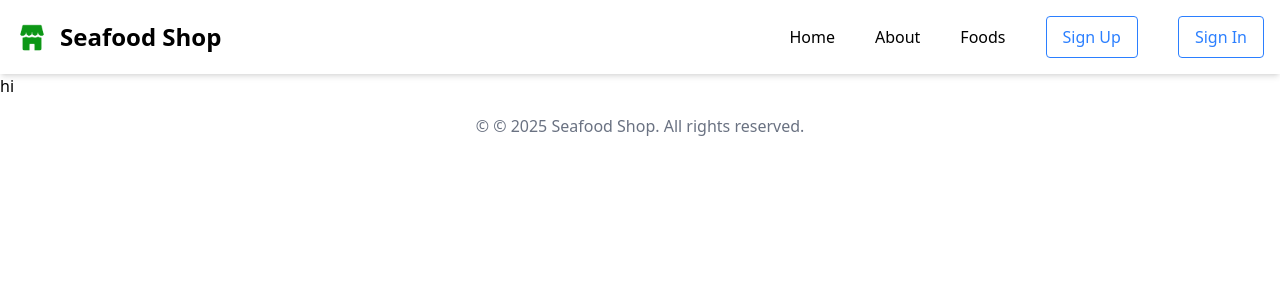
Repository: KongRucifer/SeaFood-Shop
Page: /
The author's editor kept a copy of each file at every save. The page is drawn from the files as they stood at one save, then again after the next save.
The browser window is 1280 px wide. The pictures show the whole page.
The project was rebuilt for these pictures with package versions that can differ from the ones it lists, and the page was loaded fresh each time. The framework's server and built-in components were replaced by stand-ins that run in the browser. Also part of the build but not shown: next.config.ts.

Above is the page before, as saved 2025-06-24 21:05:29.

After the next save:
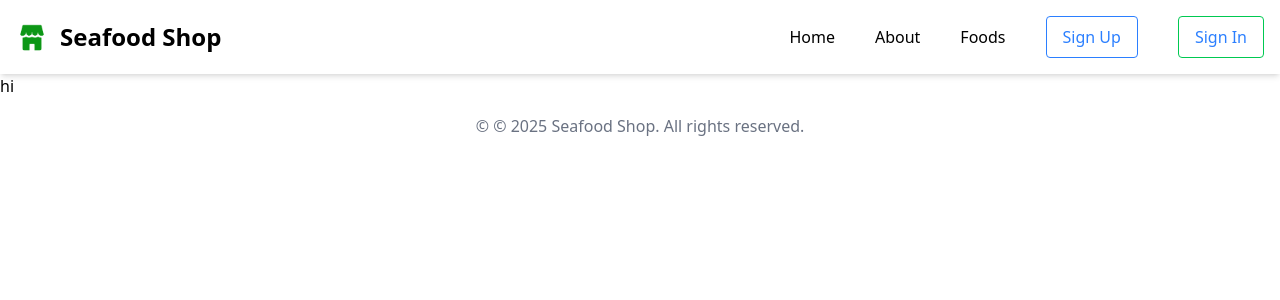
Saved 17 s later.
--- a/src/components/Navbar.tsx
+++ b/src/components/Navbar.tsx
@@ -20,7 +20,7 @@ export default function Navbar() {
           <Link href="/" className="border border-blue-500 text-blue-500 px-4 py-2 rounded hover:bg-blue-50 transition">
             Sign Up
           </Link>
-          <Link href="/" className="border border-blue-500 text-blue-500 px-4 py-2 rounded hover:bg-blue-50 transition">
+          <Link href="/" className="border border-green-500 text-blue-500 px-4 py-2 rounded hover:bg-blue-50 transition">
             Sign In
           </Link>
         </div>
